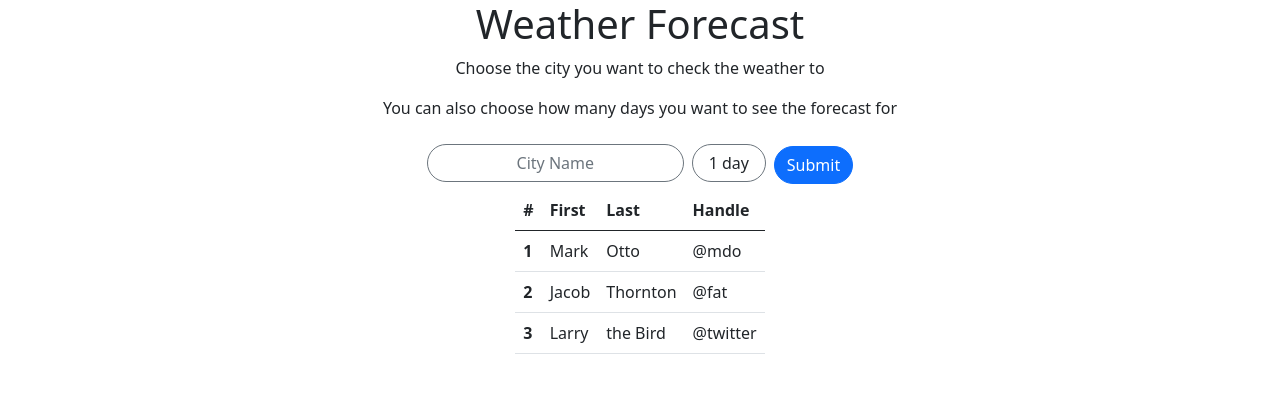
Repository: DimitrisDoxopoulos/my-own-weather-app
Page: /
An editor plug-in stored every save of this project. The page is shown before and after the next save, followed by the edit.
The browser window is 1280 px wide. The pictures show the whole page.
The project was rebuilt for these pictures with package versions that can differ from the ones it lists, and the page was loaded fresh each time.

Above is the page before, as saved 2021-06-03 19:55:55.

After the next save:
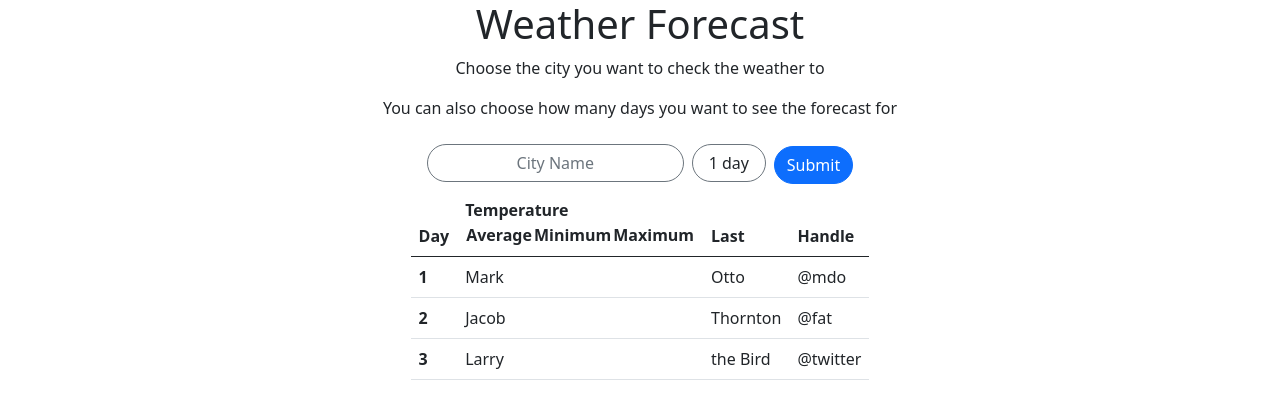
Saved 54 s later.
--- a/src/components/WeatherForecast.js
+++ b/src/components/WeatherForecast.js
@@ -6,8 +6,13 @@ const WeatherForecast = () => {
             <table class="table">
                 <thead class="thead-dark">
                     <tr>
-                    <th scope="col">#</th>
-                    <th scope="col">First</th>
+                    <th scope="col">Day</th>
+                    <th scope="col">
+                        Temperature
+                        <th>Average</th>
+                        <th>Minimum</th>
+                        <th>Maximum</th>
+                    </th>
                     <th scope="col">Last</th>
                     <th scope="col">Handle</th>
                     </tr>
